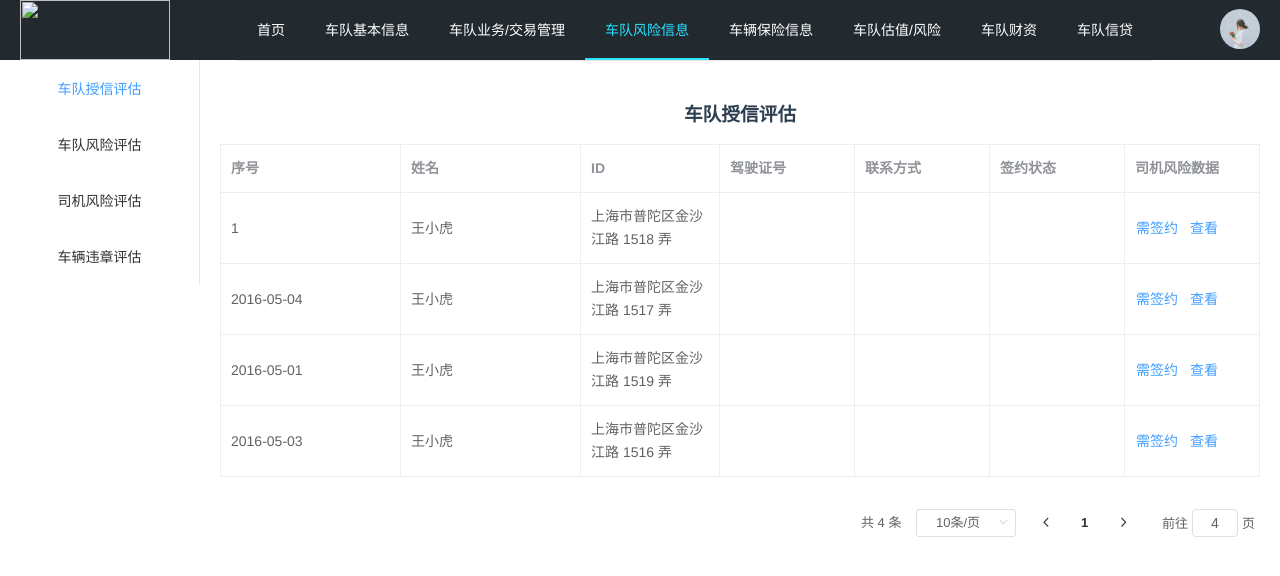
Repository: TheWomanLiketheWind/woodpecker
Page: /
The author's editor kept a copy of each file at every save. The page is drawn from the files as they stood at one save, then again after the next save.
The browser window is 1280 px wide. The pictures show the whole page.
The project was rebuilt for these pictures with package versions that can differ from the ones it lists, and the page was loaded fresh each time. Also part of the build but not shown: src/views/menuThird.vue.

Above is the page before, as saved 2019-07-25 20:57:59.

### public/index.html
<!DOCTYPE html>
<html lang="en">
  <head>
    <meta charset="utf-8">
    <meta http-equiv="X-UA-Compatible" content="IE=edge">
    <meta name="viewport" content="width=device-width,initial-scale=1.0">
    <link rel="icon" href="<%= BASE_URL %>favicon.ico">
    <title>woodpecker</title>
  </head>
  <body>
    <noscript>
      <strong>We're sorry but woodpecker doesn't work properly without JavaScript enabled. Please enable it to continue.</strong>
    </noscript>
    <div id="app"></div>
    <!-- built files will be auto injected -->
  </body>
</html>

### src/App.vue
<template>
  <div id="app">
    <router-view />
  </div>
</template>

<style lang="scss">
#app {
  font-family: "Avenir", Helvetica, Arial, sans-serif;
  -webkit-font-smoothing: antialiased;
  -moz-osx-font-smoothing: grayscale;
  text-align: center;
  color: #2c3e50;
  .el-header {
    display: flex;
    justify-content: space-between;
    align-items: center;
  }
}
#nav {
  padding: 30px;
  a {
    font-weight: bold;
    color: #2c3e50;
    &.router-link-exact-active {
      color: #42b983;
    }
  }
}
body {
  margin: 0;
}
</style>

### src/router.ts
import Vue from 'vue'
import Router from 'vue-router'
import Home from './views/Home.vue'
Vue.use(Router)

export default new Router({
  mode: 'history',
  base: process.env.BASE_URL,
  routes: [
    {
      path: '/',
      name: 'home',
      component: Home,
      children: [
        {
          path: '/',
          name: 'menuSecond',
          children: [
            {
              path: '/',
              name: 'menuThird',
              component: () =>
                import(/* webpackChunkName: "about" */ './views/menuThird.vue')
            }
          ],
          component: () =>
            import(/* webpackChunkName: "about" */ './views/menuSecond.vue')
        }
      ]
    }
  ]
})

### src/views/Home.vue
<template>
  <el-container>
    <el-header class="headerAll">
      <img src=""
           class="headImage">
      <el-menu :default-active="activeIndex"
               class="el-menu-demo"
               mode="horizontal"
               background-color="#222a30"
               text-color="#fff"
               active-text-color="#29e2fe"
               @select="handleSelect">
        <el-menu-item v-for="(item, index) in menuList"
                      :key="index"
                      :index="item.index"
                      v-on:listenToChildEvent="menuClick">{{item.name}}</el-menu-item>
      </el-menu>

      <el-dropdown>
        <img src="../assets/headImage.jpg"
             class="drophead" />
        <el-dropdown-menu slot="dropdown">
          <el-dropdown-item>个人信息</el-dropdown-item>
          <el-dropdown-item>退出</el-dropdown-item>
        </el-dropdown-menu>
      </el-dropdown>
    </el-header>
    <!-- <router-link to="/menuSecond">点击跳转</router-link> -->
    <router-view />
  </el-container>
</template>

<script lang="ts">
import { Component, Vue } from "vue-property-decorator";

@Component({
  components: {}
})
export default class Home extends Vue {
  data() {
    return {
      activeIndex: "4",
      menuList: [
        {
          name: "首页",
          index: "1",
          link: ""
        },
        {
          name: "车队基本信息",
          index: "2",
          link: ""
        },
        {
          name: "车队业务/交易管理",
          index: "3",
          link: ""
        },
        {
          name: "车队风险信息",
          index: "4",
          link: ""
        },
        {
          name: "车辆保险信息",
          index: "5",
          link: ""
        },
        {
          name: "车队估值/风险",
          index: "6",
          link: ""
        },
        {
          name: "车队财资",
          index: "7",
          link: ""
        },
        {
          name: "车队信贷",
          index: "8",
          link: ""
        }
      ]
    };
  }

  private handleSelect(key: any, keyPath: any) {
    console.log(key, keyPath);
  }

  menuClick(data: any) {
    this.$router.push(data);
  }
}
</script>

<style lang="scss">
.headerAll {
  background: #222a30;
  .headImage {
    width: 150px;
    height: 100%;
    border: 0;
  }
  .drophead {
    width: 40px;
    height: 40px;
    border-radius: 50%;
  }
}
</style>

### src/views/menuSecond.vue
<template>
  <el-container>

    <el-aside width="200px">
      <el-menu :default-active="defaultActive"
               class="el-menu-vertical-demo"
               @select="handleSelect">
        <el-menu-item v-for="(item, index) in filesList.navigeList"
                      :key="index"
                      :index="item.index">
          <span slot="title">{{item.name}}</span>
        </el-menu-item>
      </el-menu>
    </el-aside>
    <el-main>
      <h3>{{filesList.navigeList[this.selectIndex].name}}</h3>
      <el-table :data="tableData"
                border
                style="width: 100%">
        <el-table-column prop="date"
                         label="序号"
                         width="180" />
        <el-table-column prop="name"
                         label="姓名"
                         width="180" />
        <el-table-column prop="address"
                         label="ID" />
        <el-table-column prop="driveID"
                         label="驾驶证号" />
        <el-table-column prop="tel"
                         label="联系方式" />
        <el-table-column prop="signType"
                         label="签约状态" />
        <el-table-column label="司机风险数据">
          <template>
            <el-button type="text">需签约</el-button>
            <el-button type="text">查看</el-button>
          </template>
        </el-table-column>
      </el-table>
      <el-pagination @size-change="handleSizeChange"
                     @current-change="handleCurrentChange"
                     :current-page="currentPage4"
                     :page-sizes="[10, 20, 50, 100]"
                     :page-size="10"
                     layout="total, sizes, prev, pager, next, jumper"
                     :total="tableData.length">
      </el-pagination>
    </el-main>
  </el-container>

</template>

<script lang="ts">
import Vue from "vue";
import files from "../jsonFile";

export default Vue.extend({
  data() {
    return {
      filesList: files,
      selectIndex: 0,
      defaultActive: "1",
      currentPage4: 4,
      tableData: [
        {
          date: "1",
          name: "王小虎",
          address: "上海市普陀区金沙江路 1518 弄"
        },
        {
          date: "2016-05-04",
          name: "王小虎",
          address: "上海市普陀区金沙江路 1517 弄"
        },
        {
          date: "2016-05-01",
          name: "王小虎",
          address: "上海市普陀区金沙江路 1519 弄"
        },
        {
          date: "2016-05-03",
          name: "王小虎",
          address: "上海市普陀区金沙江路 1516 弄"
        }
      ]
    };
  },
  methods: {
    handleSelect(key: String) {
      this.selectIndex = Number(key) - 1;
    },
    handleSizeChange(val: Number) {
      console.log(`每页 ${val} 条`);
    },
    handleCurrentChange(val: Number) {
      console.log(`当前页: ${val}`);
    }
  }
});
</script>


<style lang="scss">
.el-pagination {
  margin-top: 30px;
  float: right;
}
</style>

### src/jsonFile.ts
const fileObject = {
  navigeList: [
    {
      name: '车队授信评估',
      index: '1'
    },
    {
      name: '车队风险评估',
      index: '2'
    },
    {
      name: '司机风险评估',
      index: '3'
    },
    {
      name: '车辆违章评估',
      index: '4'
    }
  ]
}

export default fileObject

Loaded but not shown: src/main.ts (common file); src/store.ts (common file)

After the next save:
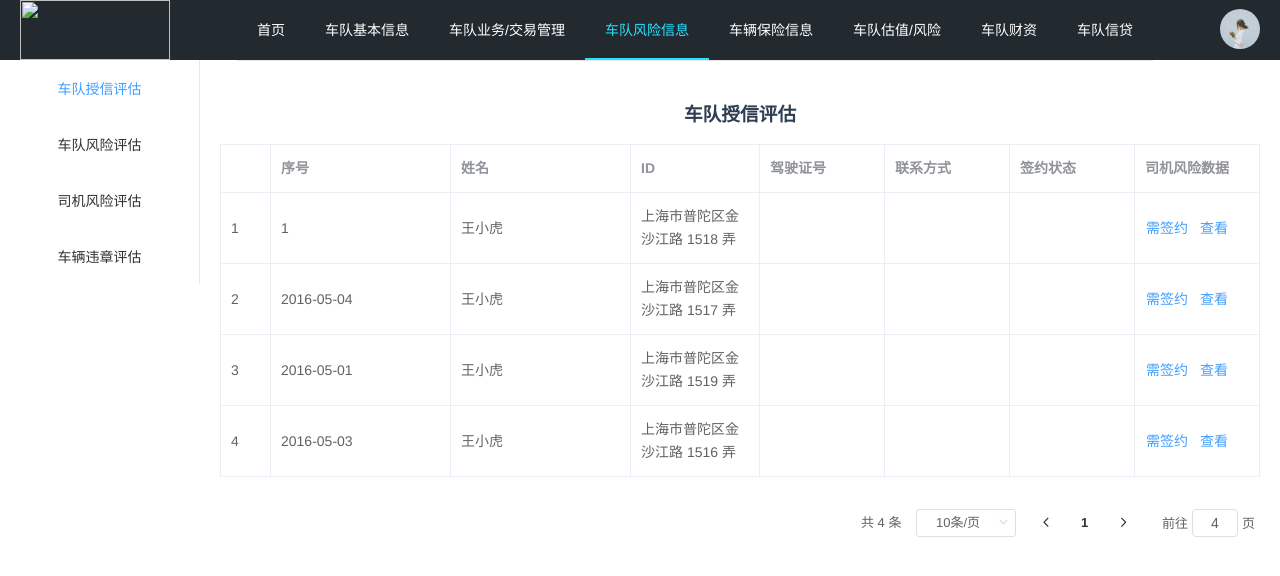
Saved 36 s later.
--- a/src/views/menuSecond.vue
+++ b/src/views/menuSecond.vue
@@ -17,6 +17,9 @@
       <el-table :data="tableData"
                 border
                 style="width: 100%">
+        <el-table-column type="index"
+                         width="50">
+        </el-table-column>
         <el-table-column prop="date"
                          label="序号"
                          width="180" />
